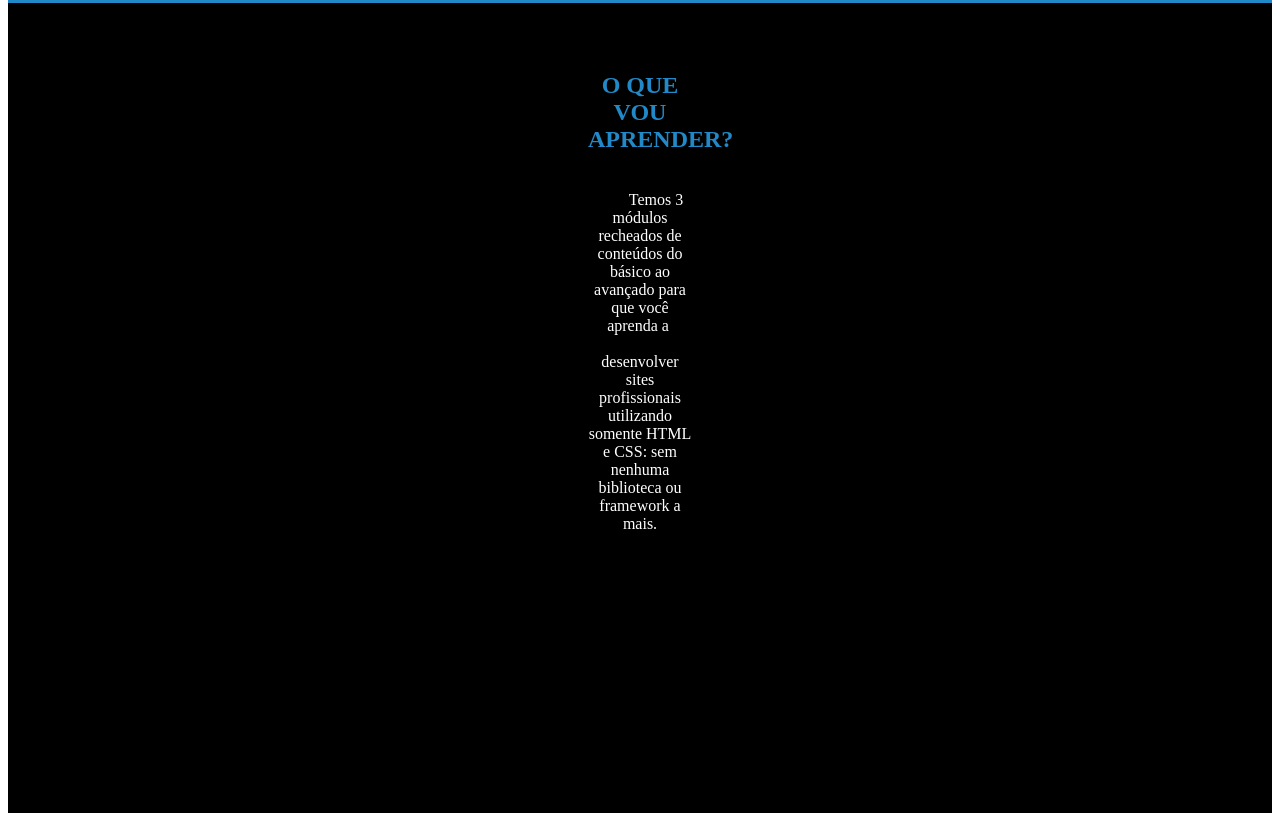
Repository: gustavotwist/trilha-css-desafio-01
Page: index.html
The author's editor kept a copy of each file at every save. The page is drawn from the files as they stood at one save, then again after a run of saves.
The browser window is 1280 px wide. The pictures show the part of the page from y = 449 to 1262 px (the page is 2181 px tall before and 2055 px after).
A picture or video elsewhere on the page could not be fetched, so the positions and the page height are approximate.

Above is the page before, as saved 2024-07-15 18:42:24.

### index.html
<!DOCTYPE html>
<html lang="en">
<head>
  <meta charset="UTF-8">
  <meta http-equiv="X-UA-Compatible" content="IE=edge">
  <meta name="viewport" content="width=device-width, initial-scale=1.0">
  <title>Trilha de CSS - DIO</title>
  <link rel="stylesheet" href="global.css">
</head>
<body>
  <header class="banner">
    <div class="banner-content">
      <div class="logo">
        <img src="assets/images/logo.png" title="Logotipo Trilha de CSS DIO" alt="Logotipo Trilha de CSS DIO">
      </div>
      <h1>Trilha de CSS da DIO</h1>
      <p>A nova Trilha de CSS da DIO está disponível. Acesse já e aprenda do zero como desenvolver sites profissionais.</p>
      <button>Quero me inscrever</button>
    </div>
  </header>
  <main>
    <section id="course-content">
      <h2>O que vou aprender?</h2>
      <p>
        Temos 3 módulos recheados de conteúdos do básico ao avançado para que você aprenda a
        desenvolver sites profissionais utilizando somente HTML e CSS: sem nenhuma biblioteca ou framework a mais.
      </p>
      <div class="modules-list">
        <div class="module">
          <span>Módulo 01:</span> primeiros passos com CSS
        </div>
        <div class="module">
          <span>Módulo 02:</span> trabalhando com layouts no CSS
        </div>
        <div class="module">
          <span>Módulo 03:</span> refinando os estilos CSS das nossas páginas
        </div>
      </div>
    </section>
    <section id="transform-world">
      <p>TRANSFORME O MUNDO COM A GENTE</p>
    </section>
    <section id="professional-challenges">
      <h2>Evolua e encare novos desafios profissionais</h2>
      <img src="assets/images/professional-challenges.png" title="Homem lendo depoimentos em um tablet" alt="Homem lendo depoimentos em um tablet">
      <p>
        Junte-se ao nosso ecossistema e transforme o mundo com a gente! Todos os dias dezenas de empresas
        acessam a nossa plataforma em busca dos talentos mais criativos, dinâmicos e colaborativos,
        além do conhecimento técnico.
        A nossa missão é te preparar para que você conecte-se com as melhores oportunidades.
      </p>
    </section>
  </main>
  <footer>
    <img class="dio-logo" src="assets/images/dio-logo.png" title="Logotipo DIO com o texto make the change" alt="Logotipo DIO com o texto make the change">
    <p>Acesse <a href="https://dio.me">dio.me</a> e se cadastre agora</p>
  </footer>
</body>
</html>

### global.css
.banner {
    background:url('/assets/images/banner.png'), no-repeat, linear-gradient(to bottom, #030709, #030709 10%, #0a1b23 50%, #030709 95%);
    color:white;
}

h1, h2 {
    color:#2189c7;
    text-transform:uppercase;
}

.banner-content {
    text-align:center;
    padding:70px;
    margin-bottom:30px;
}

.logo img{
    width:180px;
    radial-gradient(#030709, #061216);
}

button {
   background-color:transparent;
   color:#2189c7;
   border:solid #2189c7;
   padding:1em;
   width:22em;
   text-transform:uppercase;
   word-spacing:2px;
}

#course-content{
    border-top: solid  #2189c7;
    margin-top: -30px;
    padding:50px 580px;
    text-align:center;
    background-color:#000000;
}

section p{
    color: white;
    white-space:pre-wrap;
}


.modules-list {

}

After the next 2 saves:
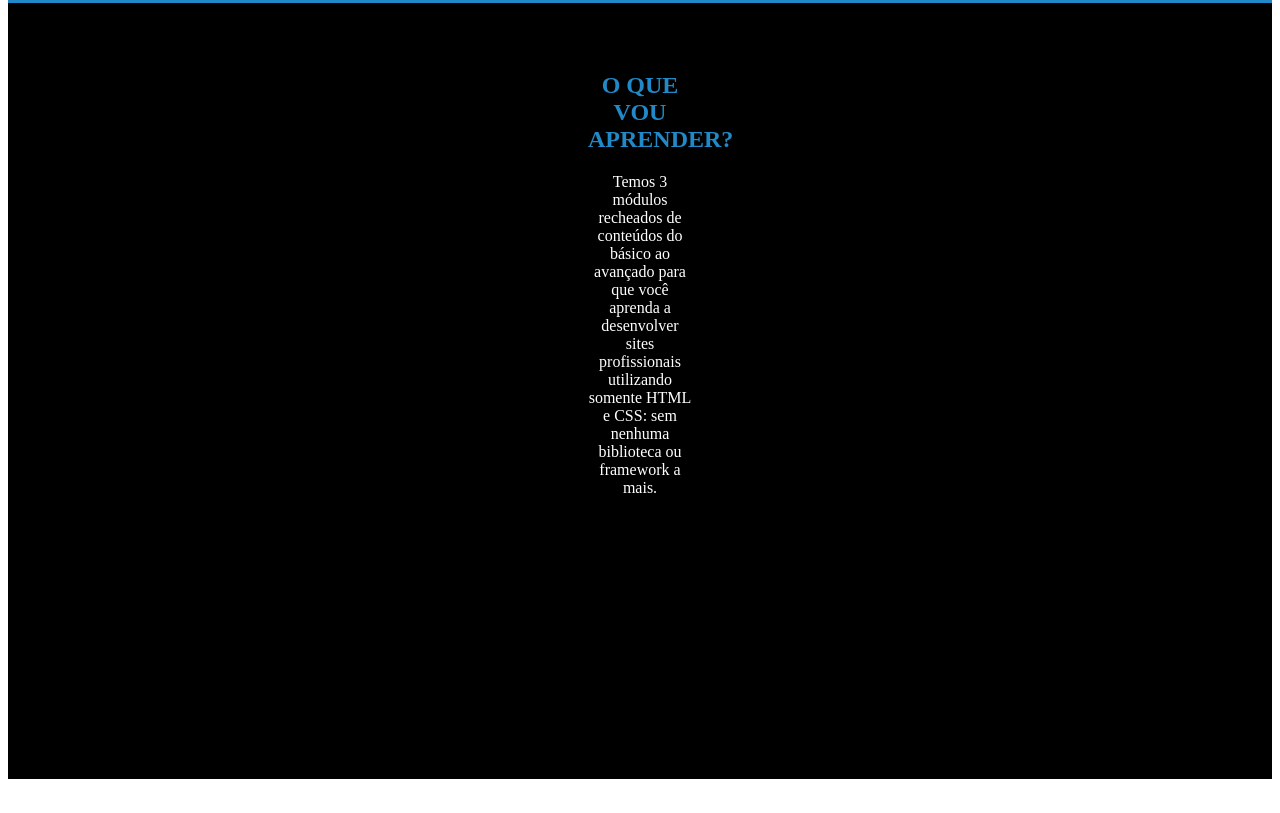
The 2 saves are shown as one change because they came seconds apart.
The last was saved 63 s later.
--- a/global.css
+++ b/global.css
@@ -39,7 +39,7 @@ button {
 
 section p{
     color: white;
-    white-space:pre-wrap;
+    white-space:pr;
 }
 
 
